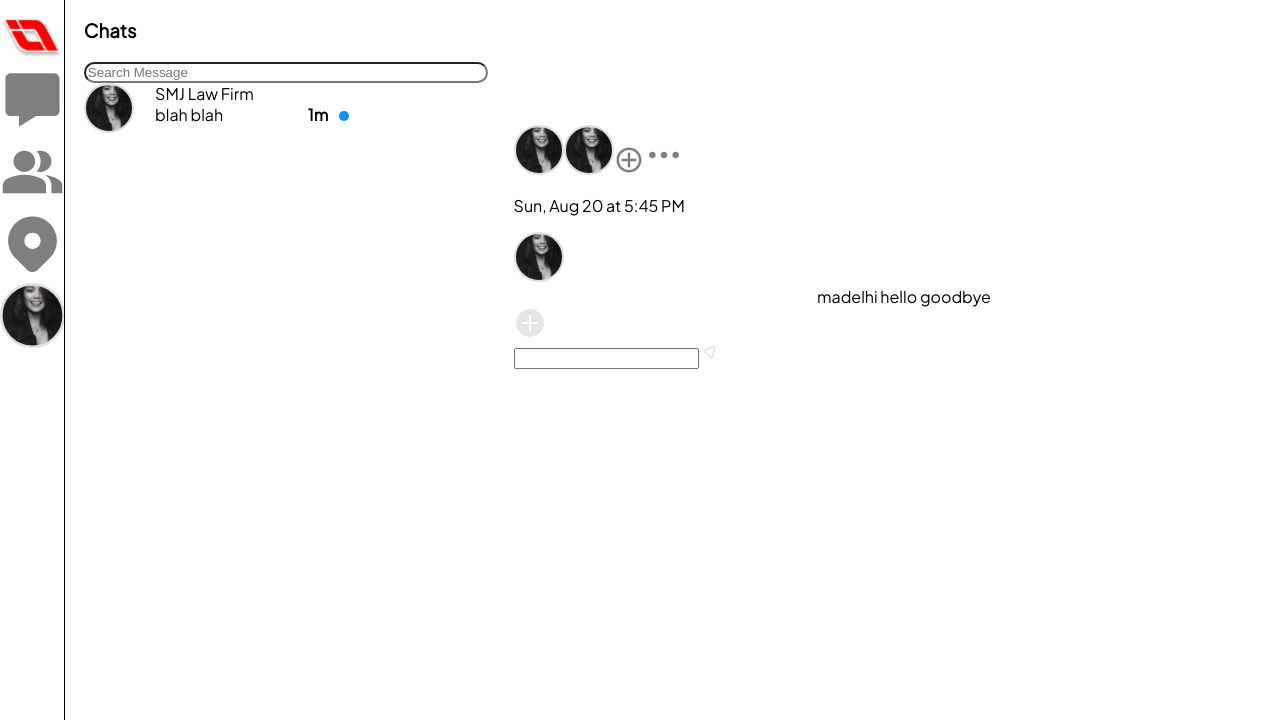
Repository: Nicktacku/LawChat
Page: /homechat (app in frontend/lawchat/)
The author's editor kept a copy of each file at every save. The page is drawn from the files as they stood at one save, then again after the next save.
The browser window is 1280 px wide. The pictures show the whole page.
The project was rebuilt for these pictures with package versions that can differ from the ones it lists, and the page was loaded fresh each time. Also part of the build but not shown: frontend/lawchat/src/styles/button.css, frontend/lawchat/src/components/Button.js, frontend/lawchat/src/pages/Home.js, frontend/lawchat/src/pages/Login.js, frontend/lawchat/src/pages/Test.js.

Above is the page before, as saved 2024-08-15 14:44:49.

### frontend/lawchat/public/index.html
<!DOCTYPE html>
<html lang="en">
  <head>
    <meta charset="utf-8" />
    <link rel="icon" href="%PUBLIC_URL%/favicon.ico" />
    <meta name="viewport" content="width=device-width, initial-scale=1" />
    <meta name="theme-color" content="#000000" />
    <meta
      name="description"
      content="Web site created using create-react-app"
    />
    <link rel="apple-touch-icon" href="%PUBLIC_URL%/logo192.png" />
    <!--
      manifest.json provides metadata used when your web app is installed on a
      user's mobile device or desktop. See https://developers.google.com/web/fundamentals/web-app-manifest/
    -->
    <link rel="manifest" href="%PUBLIC_URL%/manifest.json" />
    <link
      href="https://fonts.googleapis.com/css?family=Plus Jakarta Sans"
      rel="stylesheet"
    />
    <!--
      Notice the use of %PUBLIC_URL% in the tags above.
      It will be replaced with the URL of the `public` folder during the build.
      Only files inside the `public` folder can be referenced from the HTML.

      Unlike "/favicon.ico" or "favicon.ico", "%PUBLIC_URL%/favicon.ico" will
      work correctly both with client-side routing and a non-root public URL.
      Learn how to configure a non-root public URL by running `npm run build`.
    -->
    <title>React App</title>
  </head>
  <body>
    <noscript>You need to enable JavaScript to run this app.</noscript>
    <div id="root"></div>
    <!--
      This HTML file is a template.
      If you open it directly in the browser, you will see an empty page.

      You can add webfonts, meta tags, or analytics to this file.
      The build step will place the bundled scripts into the <body> tag.

      To begin the development, run `npm start` or `yarn start`.
      To create a production bundle, use `npm run build` or `yarn build`.
    -->
  </body>
</html>

### frontend/lawchat/src/App.js
import Home from "./pages/Home.js";
import Login from "./pages/Login.js";
import HomeChat from "./pages/HomeChat.js";

import {
  createBrowserRouter,
  createRoutesFromElements,
  Route,
  RouterProvider,
} from "react-router-dom";
import Test from "./pages/Test.js";

const router = createBrowserRouter(
  createRoutesFromElements(
    <Route path="/">
      <Route index element={<Home />} />
      <Route path="/login" element={<Login />} />
      <Route path="/homechat" element={<HomeChat />} />
      <Route path="/test" element={<Test />} />
    </Route>
  )
);

function App() {
  return (
    <div className="App">
      {/* <Login /> */}
      <RouterProvider router={router} />
    </div>
  );
}

export default App;

### frontend/lawchat/src/pages/HomeChat.js
import React from "react";

import logo from "../images/logo.svg";
import chaticon from "../images/chaticon.svg";
import friendsicon from "../images/friendsicon.svg";
import locationicon from "../images/locationicon.svg";
import personaldp from "../images/personaldp.svg";

import newchaticon from "../images/newchaticon.svg";
import ChatPreview from "../components/ChatPreview";

import addicon from "../images/addicon.svg";
import tripledoticon from "../images/tripledoticon.svg";
import ChatBubble from "../components/ChatBubble";

import attachicon from "../images/attachicon.svg";

import sendicon from "../images/sendicon.svg";

import "../styles/homechat.css";

const HomeChat = () => {
  return (
    <div className="container">
      <div className="sidebar">
        <img src={logo} className="img" /> <br />
        <img src={chaticon} className="img" /> <br />
        <img src={friendsicon} className="img" /> <br />
        <img src={locationicon} className="img" /> <br />
        <img src={personaldp} className="img" /> <br />
      </div>
      <div className="chats">
        <h3 className="h3">
          <b>Chats</b>
        </h3>
        <image src={newchaticon} />
        <form>
          <input type="text" placeholder="Search Message" className="search" />
        </form>
        <ChatPreview name="SMJ Law Firm" preview="blah blah" />
      </div>
      <div className="chat">
        <div className="chat-bar">
          <img src={personaldp} />
          <img src={personaldp} />
          <img src={addicon} />
          <img src={tripledoticon} />
        </div>
        <div className="chat-content">
          <p>Sun, Aug 20 at 5:45 PM</p>
          <ChatBubble name="madel" message="hi hello goodbye" />
        </div>
        <div className="chatbox">
          <img src={attachicon} />
          <form>
            <input type="text" placeholder="" />
            <img src={sendicon} />
          </form>
        </div>
      </div>
    </div>
  );
};

export default HomeChat;

### frontend/lawchat/src/styles/home.css
body {
    font-family: 'Plus Jakarta Sans';
}

.body {
    padding-left: 5%;
    padding-right: 5%;
}

.navbar {
    overflow: hidden;
    border-bottom: 1px solid rgba(129, 133, 137, 0.3);
    padding-left: 3%;
    padding-right: 3%;
}



.nav-list {
    list-style-type: none;
    margin: 0;
    padding: 0;
    text-align: center;
}

.nav-item {
    float: right;
    padding: 2vh;
}

.logo{
    overflow: hidden;
    float:left;
}

.body-content {
    width: 40%;
    float: left;
    justify-content: center;
}

.body-image {
    width: 60%;
    float: right;
}

.h1{
    font-size: 18vh;
    margin-top: 30%;
}

.p {
    font-size: 5vh;
    color: gray;
}

.stores {
    justify-content: space-around;
}

.body-image {
    position: relative;
}

/* .body-image-content {
    position: absolute;
    width: 100px;
    height: 100px;
    border: 1px solid red;
} */

### frontend/lawchat/src/components/ChatPreview.js
import React from "react";

import personaldp from "../images/personaldp.svg";
import bluedot from "../images/bluedot.svg";
import "../styles/chatpreview.css";

function ChatPreview(props) {
  return (
    <div className="container">
      <div className="images">
        <img src={personaldp} />
      </div>
      <div className="body">
        {props.name} <br />
        {props.preview}
        <b className="last_message_time">1m</b>
        <img src={bluedot} className="bluedot" />
      </div>
    </div>
  );
}

export default ChatPreview;

### frontend/lawchat/src/components/ChatBubble.js
import React from "react";

import personaldp from "../images/personaldp.svg";

function ChatBubble(props) {
  return (
    <div className="container">
      <img src={personaldp} />
      <div className="chat">
        {props.name}
        {props.message}
      </div>
    </div>
  );
}

export default ChatBubble;

### frontend/lawchat/src/styles/homechat.css
.sidebar {
    height: 100%;
    width: 5%;
    position: fixed;
    top: 0;
    left: 0;
    overflow-x: hidden;
    padding-top: 16px;
    border-right: 1px solid black;
    /* justify-content: center; */
    /* align-items: center; */
  }

.chat {
    margin-left: 40%
}

.chats {
    margin-left: 6%
}

.img{
    width: 9vh;
    padding-bottom: 5%;
  }

.search {
    border-radius: 30px;
    width: 55vh
}

### frontend/lawchat/src/styles/chatpreview.css
.chats-container {
    margin-top: 5%;
}

.images{
    float: left
}

.body{
    margin-left: 1%;
}

.last_message_time {
    margin-left: 8%;
}

.bluedot{
    margin-left: 1%;
}

Loaded but not shown: frontend/lawchat/src/index.js (common file)

After the next save:
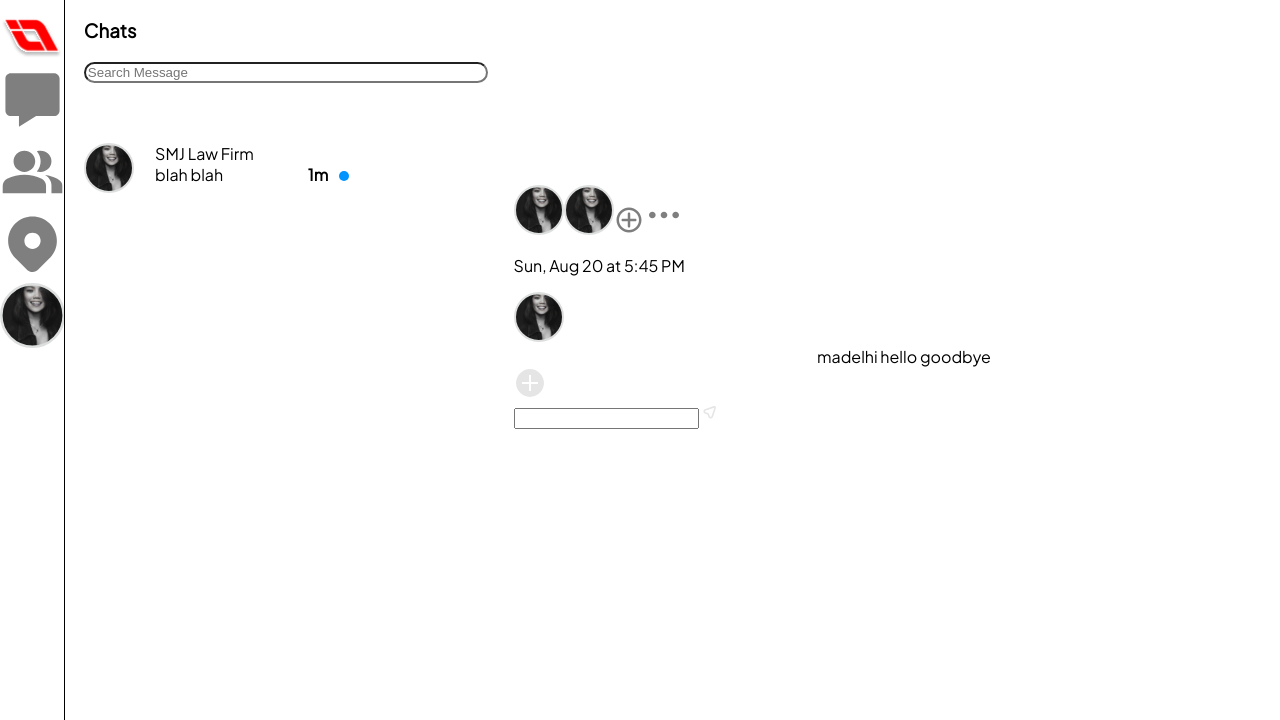
Saved 1 s later.
--- a/frontend/lawchat/src/components/ChatPreview.js
+++ b/frontend/lawchat/src/components/ChatPreview.js
@@ -6,7 +6,7 @@ import "../styles/chatpreview.css";
 
 function ChatPreview(props) {
   return (
-    <div className="container">
+    <div className="chats-container">
       <div className="images">
         <img src={personaldp} />
       </div>
